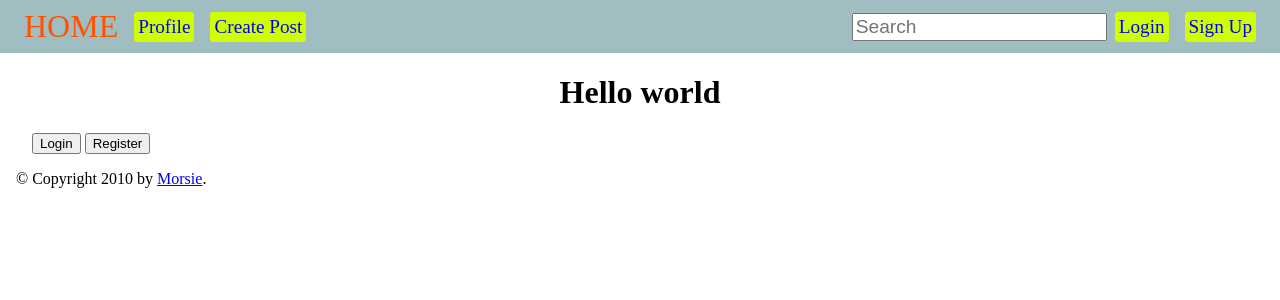
Repository: MorsChen/python-blog
Page: templates/home.html
These files come from the project's save history. The page is drawn as it stood at one moment and after the next save; the edit follows.
The browser window is 1280 px wide. The pictures show the whole page.
The page is served by the project's application, run on Flask 3 (default.py). The template is opened directly, without the code that normally fills it, so the values that code supplies are empty.

Above is the page before, as saved 2019-09-09 16:59:49.

### templates/home.html
{% extends 'index.html' %}

{% block content %}
<h1 style="text-align:center"> Hello world </h1>

{% if not current_user.is_authenticated %}
{% for post in posts %}
<li> {{post.title}} || {{post.body}} || {{post.users.username}} || {{post.created}} || {{post.updated}}
</li>

{%endfor%}
<button type="button" onclick="window.location.href=`{{url_for('login')}}`"> Login</button>
<button type="button" onclick="window.location.href=`{{url_for('register')}}`"> Register</button>
{% else %}
<h3>{{current_user.username}}</h3>
{% for post in posts %}
<li> <a href="{{url_for('single_post', id = post.id)}}">{{post.title}}</a> || {{post.body}} || {{post.users.username}} || {{post.created}} || {{post.updated}}
    <button type='button' onclick = "window.location.href=`{{url_for('editpost', id = post.id)}}`">Edit Post</button>
    <button type='button' onclick = "window.location.href=`{{url_for('new_comment', id = post.id)}}`">Comment</button>
</li>
{%endfor%}
<button type="button" onclick="window.location.href=`{{url_for('newpost')}}`"> Create New Post</button>
<button type="button" onclick="window.location.href=`{{url_for('profile')}}`"> Profile</button>
<button type="button" onclick="window.location.href=`{{url_for('logout')}}`"> Log Out</button>
{% endif %}
{% endblock %}

### templates/index.html
<!doctype html>
<html id="  ">
  <head>
    {% block head %}
    <link rel="stylesheet" href="{{ url_for('static', filename='style.css') }}">
    <title>{% block title %}{% endblock %} - My Blog Webpage</title>
    {% endblock %}
  </head>
  <body>
      <nav class="NavBar">
        <div class="nav-box1">
            <a class="a-nav" href="{{url_for('main')}}">HOME</a>
            <a class="btn" href="{{url_for('profile')}}">Profile</a>
            <a class="btn" href="{{url_for('newpost')}}">Create Post</a>
        </div>
        <div class="nav-box2">
            <input class="ip-nav" placeholder="Search" >
            <a class="btn" href="{{url_for('login')}}">Login</a>
            <a class="btn" href="{{url_for('register')}}">Sign Up</a>

        </div>
      </nav>

      <div id="content">
          {% with messages = get_flashed_messages(with_categories=true) %}
          <!-- Categories: success (green), info (blue), warning (yellow), danger (red) -->
          {% if messages %}
            {% for category, message in messages %}
              <div class="alert alert-{{ category }} alert-dismissible" role="alert">
              <button type="button" class="close" data-dismiss="alert" aria-label="Close"><span aria-hidden="true">&times;</span></button>
              <!-- <strong>Title</strong> --> {{ message }}
              </div>
            {% endfor %}
          {% endif %}
        {% endwith %}

    <div id="content">{% block content %}{% endblock %}</div>
    <div id="footer">
      {% block footer %}
      &copy; Copyright 2010 by <a href="http://domain.invalid/">Morsie</a>.
      {% endblock %}
    </div>
  </body>
</html>

### default.py
import os
from flask import Flask, request, render_template, redirect, url_for, flash
from flask_migrate import Migrate
from flask_sqlalchemy import SQLAlchemy
from werkzeug.security import generate_password_hash, check_password_hash
from datetime import datetime
from flask_wtf import FlaskForm
from wtforms import StringField, SubmitField, PasswordField
from wtforms.validators import DataRequired, Email, EqualTo, ValidationError, Length
from flask_login import LoginManager, UserMixin, login_user, logout_user, current_user, login_required

#setting
app = Flask(__name__)
db = SQLAlchemy(app)
app.config['SECRET_KEY']="SUPERSECRET"

migrate = Migrate(app,db)

login_manager = LoginManager(app)
login_manager.init_app(app)
login_manager.login_view = 'login'


#setting connection
POSTGRES = {
    'user': "khoa",
    'pw': "zzz",
    'db': 'bloghehe',
    'host': "localhost",
    'port': 5432,
}
app.config['SQLALCHEMY_DATABASE_URI'] = 'postgresql://%(user)s:%(pw)s@%(host)s:\
%(port)s/%(db)s' % POSTGRES







#define models

class Users(UserMixin, db.Model):
  id = db.Column(db.Integer, primary_key=True)
  username = db.Column(db.String, nullable=False, unique=True)
  email = db.Column(db.String, nullable=False, unique=True)
  password = db.Column(db.String, nullable=False)
  posts = db.relationship("Posts", backref="users", lazy="dynamic")
  comments = db.relationship("Comments", backref="users", lazy="dynamic")

  def set_pass(self,passw):
    self.password =  generate_password_hash(passw)
  def check_pass(self,passw):
    return check_password_hash(self.password,passw)

class Posts(db.Model):
  id = db.Column(db.Integer, primary_key=True)
  title = db.Column(db.String, nullable=False)
  body = db.Column(db.String, nullable=False)
  created = db.Column(db.DateTime, nullable=False)
  updated = db.Column(db.DateTime)
  author =  db.Column(db.Integer, db.ForeignKey('users.id'), nullable=False)
  comments = db.relationship('Comments', backref="posts", lazy="dynamic")

class Comments(db.Model):
  id = db.Column(db.Integer, primary_key=True)
  body = db.Column(db.String, nullable=False)
  created = db.Column(db.DateTime, nullable=False)
  updated = db.Column(db.DateTime)
  author =  db.Column(db.Integer, db.ForeignKey('users.id'), nullable=False)
  post = db.Column(db.Integer, db.ForeignKey('posts.id'), nullable=False)

db.create_all()


@login_manager.user_loader
def load_user(user_id):
    return Users.query.get(user_id)



#define forms
class Register(FlaskForm):
  username = StringField("User Name", validators=[DataRequired("Please input your username"), Length(min=3, max=20, message="username must have at least 3 char and max 20 chars")])
  email = StringField("Email address", validators=[DataRequired(), Email("Please input an appropriate email address")])
  password = StringField("Password", validators=[DataRequired(), EqualTo("confirm")])
  confirm = StringField("Password", validators=[DataRequired()])
  submit = SubmitField("Register")

  def validate_username(self, field):
        if Users.query.filter_by(username=field.data).first() :
            raise ValidationError("Your username has been registered!!")
  def validate_email(self, field):
        if Users.query.filter_by(email=field.data).first() :
            raise ValidationError("Your email has been registered!!")


class Login(FlaskForm):
  email = StringField("Email address", validators=[DataRequired(), Email("Please input an appropriate email address")])
  password = PasswordField("Password", validators=[DataRequired()])
  submit = SubmitField("Login")

class NewPost(FlaskForm):
  title = StringField("Blog Title", validators=[DataRequired(), Length(min=3,max=255, message="min 3, max 255")])
  body = StringField("Content", validators=[DataRequired(), Length(min=3,max=10000, message="min 3, max 10000")])
  submit = SubmitField("Post")

class New_comment(FlaskForm):
  body = StringField("Comment content", validators=[DataRequired(), Length(min=3, max=1000, message="min 3, max 1000")])
  submit = SubmitField("Comment")

@app.route('/register', methods=['post','get'])
def register():
  form = Register()

  if request.method=="POST":
    if form.validate_on_submit():
      new_user = Users(username = form.username.data,
                        email = form.email.data,
                        )
      new_user.set_pass(form.password.data)
      db.session.add(new_user)
      db.session.commit()
      return redirect(url_for("home"))
    else:
      for field_name, errors in form.errors.items():
          flash(errors)
      return redirect((url_for('register')))
  return render_template('register.html', form = form)

@app.route('/login', methods=['post','get'])
def login():
  form = Login()
  if request.method == 'POST':
    check = Users.query.filter_by(email=form.email.data).first()
    if check :
      if check.check_pass(form.password.data):
        login_user(check)
        return redirect(url_for("home"))
    else:
      flash(["email address not exist"])
      return redirect(url_for('register'))
  return render_template('login.html', form = form)

@app.route('/logout')
@login_required
def logout():
  logout_user()
  return redirect(url_for('login'))

@app.route('/')
def home():
  posts = Posts.query.all()
  return render_template('index.html', posts = posts)


@app.route('/newpost', methods=['post', 'get'])
@login_required
def newpost():
  form = NewPost()
  if request.method == 'POST':
    new_post = Posts(title=form.title.data,
                    body=form.body.data,
                    created = datetime.now())
    current_user.posts.append(new_post)
    db.session.add(new_post)
    db.session.commit()
    return "ok"
  return render_template('newpost.html', form=form)

@app.route('/editpost/<id>', methods=['post','get'])
@login_required
def edit_post(id):
  form = NewPost()
  post = Posts.query.filter_by(id=id, author = current_user.id).first()
  if not post:
    flash([["you are not allowed to edit this post"]])
    return redirect(url_for("home"))
  else:
    if request.method == 'POST':
      post.title = form.title.data
      post.body = form.body.data
      post.updated = datetime.now()
      db.session.commit()
      return "ok"
      # return redirect(url_for('post'))
  return render_template('editpost.html', form = form )

@app.route('/delete_post/<id>', methods=['get'])
@login_required
def delete_post(id):
  post = Posts.query.filter_by(id=id, author=current_user.id).first()
  if post:
    db.session.delete(post)
    db.session.commit()
  else:
    flash(['You are not allowed to delete this post'])
  return redirect(url_for('home'))

@app.route('/single_post/<id>', methods=['get'])
def single_post(id):
  post = Posts.query.filter_by(id=id).first()  # 1 item
  comments = post.comments.all()  # a list
  return render_template('single_post.html', post = post, comments = comments)


@app.route('/posts/<id>/comments', methods=['POST','GET'])
def new_comment(id):
  form = New_comment()
  if request.method == 'POST':
    if form.validate_on_submit():
      post = Posts.query.filter_by(id=id).first()
      c = Comments(body=form.body.data,
                    created = datetime.now(),
                    # author = current_user.id,
                    )
      current_user.comments.append(c) # autho
      post.comments.append(c)      # post
      db.session.add(c)
      db.session.commit()
      return redirect(url_for('single_post', id=id))
    else:
      for field_name, errors in form.errors.items():
          flash(errors)
      return redirect((url_for('new_comment')))
  return render_template('new_comment.html', form = form)



@app.route('/khoa', methods=['get','options',"DELETE"])
def khoa():
  if request.method == "DELETE":
    return "KHOA IS COOL"
  return "NOPE"


if __name__ == "__main__":
  app.run(debug=True, port=5001)

### static/style.css
body{
    /* background-color: black; */
    margin: 0;
}

.NavBar {
    display: flex;
    position: sticky;
    /* margin: 0.5rem; */
    justify-content: space-between;
    top: 0;
    padding: 0 1rem 0 1rem;
    text-align: center;
    align-items: center;
    align-content: center;
    background-color: rgba(70, 128, 136, 0.514);
    font-size: 3rem;
}

.nav-box1 {
    display: flex;
    text-align: center;
    align-items: center;
    align-content: center;
}

.nav-box2 {
    display: flex;
    text-align: center;
    align-items: center;
    align-content: center;
}

.a-nav {
    text-decoration: none;
    font-size: 2rem;
    color: rgb(255, 81, 0);
    margin: 0.5rem;
}

.ip-nav{
    font-size: 1.2rem;
}

.btn {
    border: none;
    text-decoration: none;
    border-radius: 0.2rem;
    background-color: rgb(208, 255, 0);
    text-align: center;
    text-justify: center;
    padding: 0.25rem;
    margin: 0.5rem;
    font-size: 1.2rem;
}

#content {
    margin: 1rem;
}

After the next save:
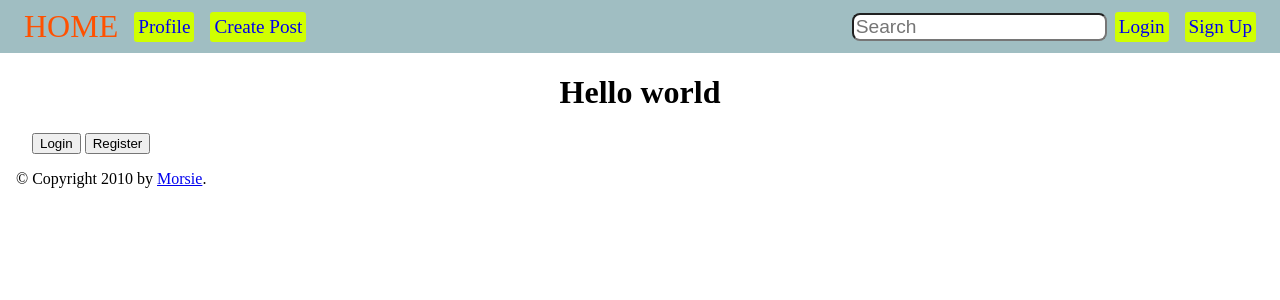
Saved 21 s later.
--- a/static/style.css
+++ b/static/style.css
@@ -40,6 +40,7 @@ body{
 
 .ip-nav{
     font-size: 1.2rem;
+    border-radius: 0.5rem;
 }
 
 .btn {
